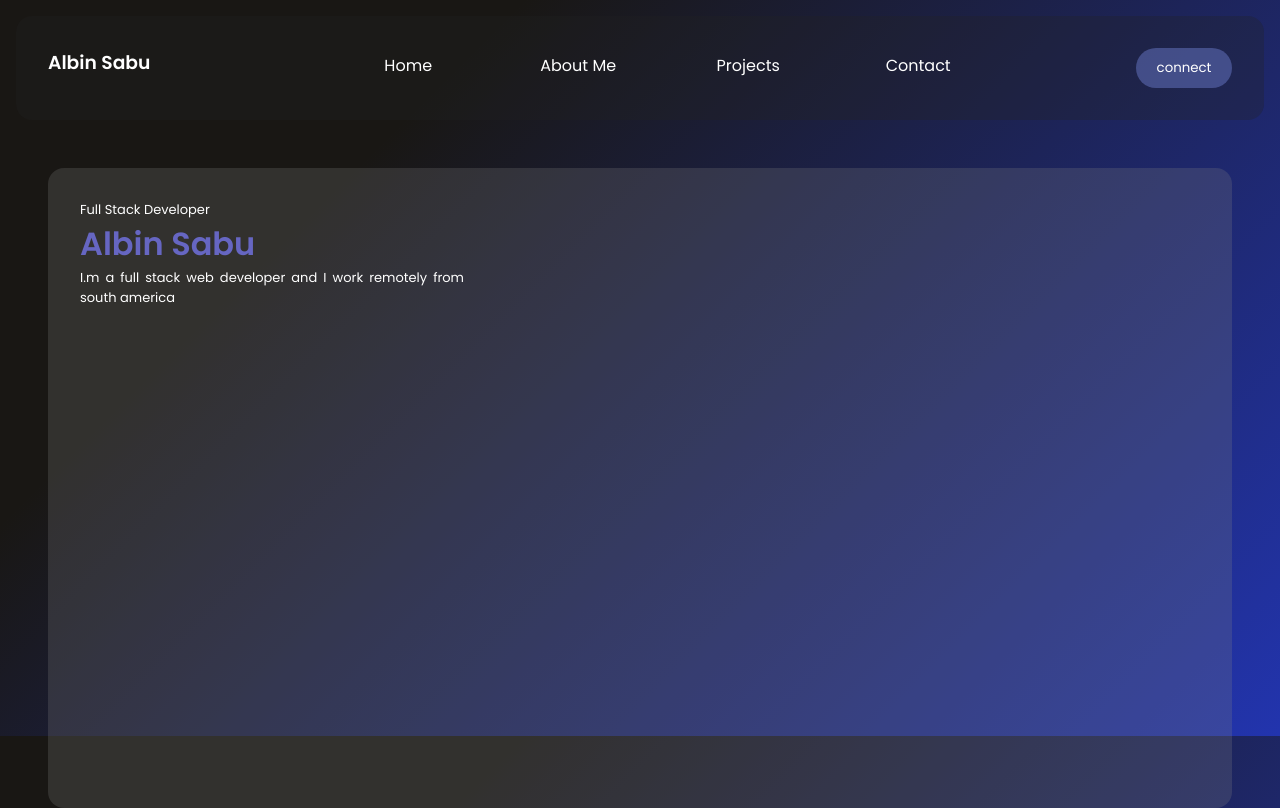
Repository: albinsabu2023/personalwebsite
Page: index.html
These files come from the project's save history. The page is drawn as it stood at one moment and after the next save; the edit follows.
The browser window is 1280 px wide. The pictures show the whole page.

Above is the page before, as saved 2023-09-02 12:40:51.

### index.html
<!DOCTYPE html>
<html lang="en">
<head>
    <meta charset="UTF-8">
    <meta name="viewport" content="width=device-width, initial-scale=1.0">
    <title>Document</title>
    <link rel="stylesheet" href="style.css">
    <link rel="stylesheet" href="media.css">
</head>
<body>
    <nav >
        <h3 class="title">Albin Sabu</h3>
        <ul>
            <li class><a href="#home">Home</a></li>
            <li><a href="#about">About Me</a></li>
            <li><a href="#project">Projects</a></li>
            <li><a href="#contact">Contact</a> </li>
        </ul>
        <button class="btn-connect">connect</button>
    </nav>
    <div id="home">
        <div class="profile__text">
            <p>Full Stack Developer</p>
            <h1>Albin Sabu</h1>
            <p>I.m a full stack web developer and I work remotely from south america</p>
        </div>
        <div class="profile__img"></div>
        <div class="profile__links"></div>
    </div>
</body>
</html>

### style.css
@import url('https://fonts.googleapis.com/css2?family=Poppins:ital,wght@0,300;0,400;0,500;0,600;1,300;1,500;1,600&display=swap');
*{
    margin:0;
    font-family: 'Poppins', sans-serif;

}
body{

    color: white;
    margin-top: 1rem;

    background-color: #2234ae;
    height:100vh;
    background-image: linear-gradient(315deg, #2234ae 0%, #191714 74%);

}
nav{
    position: sticky;
    z-index: 0;
    display: flex;
    padding: 2rem;
    margin: 1rem;
    background-color: rgba(34, 34, 34, 0.3);
    border-radius: 1rem;
    justify-content: space-between;

}

nav ul{
    list-style-type: none;
    display: flex;
    gap: 2rem;
    justify-content: space-between;



}

nav ul li:hover{
    background: rgba(74, 74, 74, 0.4);


}
nav ul li{
    padding: 5px;
    border-radius: 1rem;
    text-align: center;
    width: 8rem;


}
nav ul li a{
    text-decoration: none;
    color: white;
}

.btn-connect{
    background: rgba(104, 121, 197, 0.5);
    border: none;
    color: white;
    padding: 10px;
    border-radius: 3rem;
    width: 6rem;

}
.btn-connect:hover{
    background: #0c68f2;
}

#home{
    margin: 3rem;
    padding: 2rem;
    background: rgba(128, 128, 128, 0.24);
    border-radius: 1rem;
    height: 80vh;
}
.profile__text{
    width: 30vw;
    text-align: justify;
}
.profile__text p{
    font-size: small;
}
.profile__text h1{
    color: rgb(102, 102, 194);

}

### media.css
@media  screen and (max-width:600px) {
    nav ul{
        flex-direction: column;
        display: none;

    }
}

After the next save:
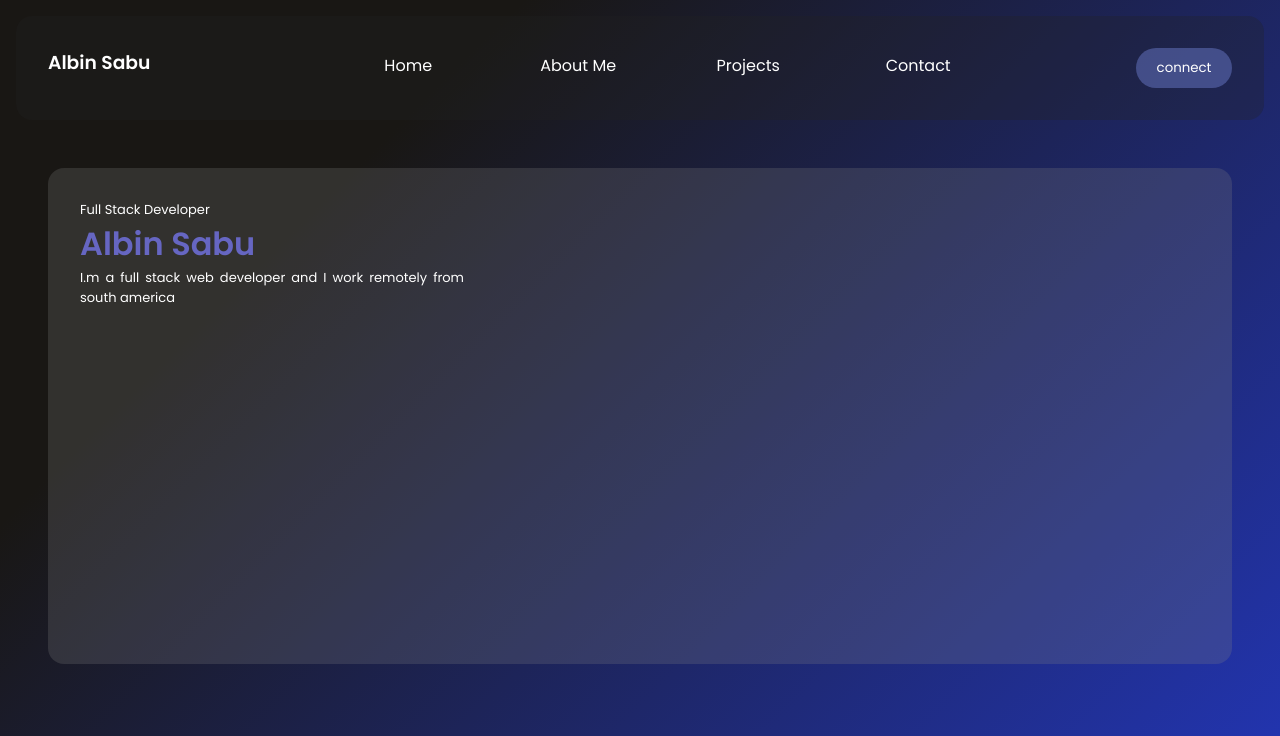
Saved 9 s later.
--- a/style.css
+++ b/style.css
@@ -72,7 +72,7 @@ nav ul li a{
     padding: 2rem;
     background: rgba(128, 128, 128, 0.24);
     border-radius: 1rem;
-    height: 80vh;
+    height: 60vh;
 }
 .profile__text{
     width: 30vw;
